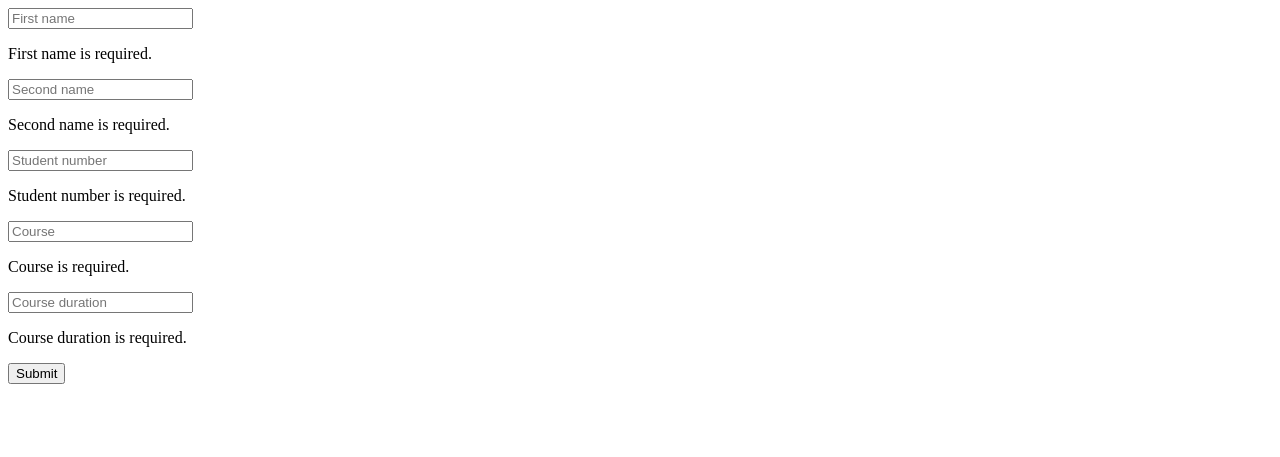
Repository: OdichDaniel/AutomaticAccessWeb
Page: http://localhost/AutomaticAccessSystem/WEB-INF/jsp/register.jsp
The author's editor kept a copy of each file at every save. The page is drawn from the files as they stood at one save, then again after the next save.
The browser window is 1280 px wide. The pictures show the whole page.
The page is served by Tomcat 9. Nobody is signed in. Other server files are loaded and not shown. The template is opened directly, without the code that normally fills it, so the values that code supplies are empty.

Above is the page before, as saved 2016-05-19 09:38:45.

### AutomaticAccessSystem/WebContent/WEB-INF/jsp/register.jsp
<div class="form-div">

	 <form class="submit-student-form" name="studentData" ng-submit="studentData.$valid && submitForm(studentData.$valid)" novalidate>
	 <div class="form-group">
	 <input type="text" name="firstName" ng-class="{'has-error': studentData.firstName.$invalid && !studentData.firstName.$pristine}" ng-model="firstName" placeholder="First name" class="form-control" required="required"/>
	 <p ng-class="{'firstname-error-text': studentData.firstName.$invalid && !studentData.firstName.$pristine}" ng-show="studentData.firstName.$invalid && !studentData.firstName.$pristine" class="help-block">First name is required.</p>
	 </div>

	 <div class="form-group">
	 <input type="text" name="secondName" ng-class="{'has-error': studentData.secondName.$invalid && !studentData.secondName.$pristine}" ng-model="secondName" placeholder="Second name" class="form-control" required="required"/>
	 <p ng-class="{'secondname-error-text': studentData.secondName.$invalid && !studentData.secondName.$pristine}" ng-show="studentData.secondName.$invalid && !studentData.secondName.$pristine" class="help-block">Second name is required.</p>
	 </div>

	  <div class="form-group">
	 <input type="text" name="studentNumber" ng-class="{'has-error': studentData.studentNumber.$invalid && !studentData.studentNumber.$pristine}" ng-model="studentNumber" placeholder="Student number" class="form-control" required="required"/>
	 <p ng-class="{'studentnumber-error-text': studentData.studentNumber.$invalid && !studentData.studentNumber.$pristine}" ng-show="studentData.studentNumber.$invalid && !studentData.studentNumber.$pristine" class="help-block">Student number is required.</p>
	 </div>


	 <div class="form-group">
	 <input type="text" ng-class="{'has-error': studentData.course.$invalid && !studentData.course.$pristine}" name="course" ng-model="course" placeholder="Course" class="form-control" required="required"/>
	 <p ng-class="{'course-error-text': studentData.course.$invalid && !studentData.course.$pristine}" ng-show="studentData.course.$invalid && !studentData.course.$pristine" class="help-block">Course is required.</p>
	 </div>

	 <div class="form-group">
	 <input type="text" name="courseDuration" ng-class="{'has-error': studentData.courseDuration.$invalid && !studentData.courseDuration.$pristine}" ng-model="courseDuration" placeholder="Course duration" class="form-control" required="required"/>
	 <p ng-class="{'courseduration-error-text': studentData.courseDuration.$invalid && !studentData.courseDuration.$pristine}" ng-show="studentData.courseDuration.$invalid && !studentData.courseDuration.$pristine" class="help-block">Course duration is required.</p>
	 </div>

	 <button type="submit" class="btn btn-primary" ng-disabled="studentData.$invalid">Submit</button>

	 </form>
	 </div>

After the next save:
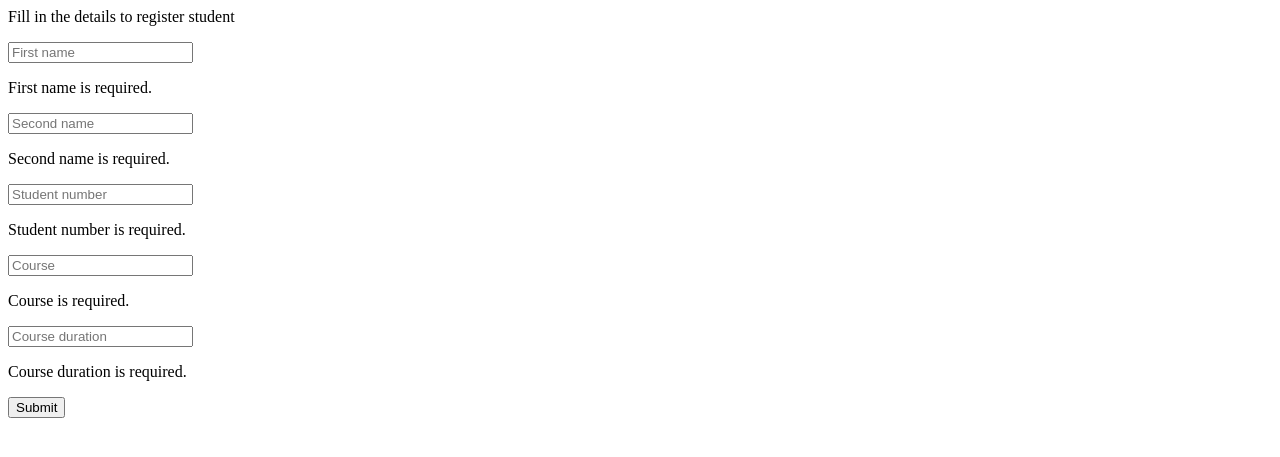
Saved 9 min 28 s later.
--- a/AutomaticAccessSystem/WebContent/WEB-INF/jsp/register.jsp
+++ b/AutomaticAccessSystem/WebContent/WEB-INF/jsp/register.jsp
@@ -1,4 +1,6 @@
 <div class="form-div">
+
+     <div><p>Fill in the details to register student</p></div>
 
 	 <form class="submit-student-form" name="studentData" ng-submit="studentData.$valid && submitForm(studentData.$valid)" novalidate>
 	 <div class="form-group">
